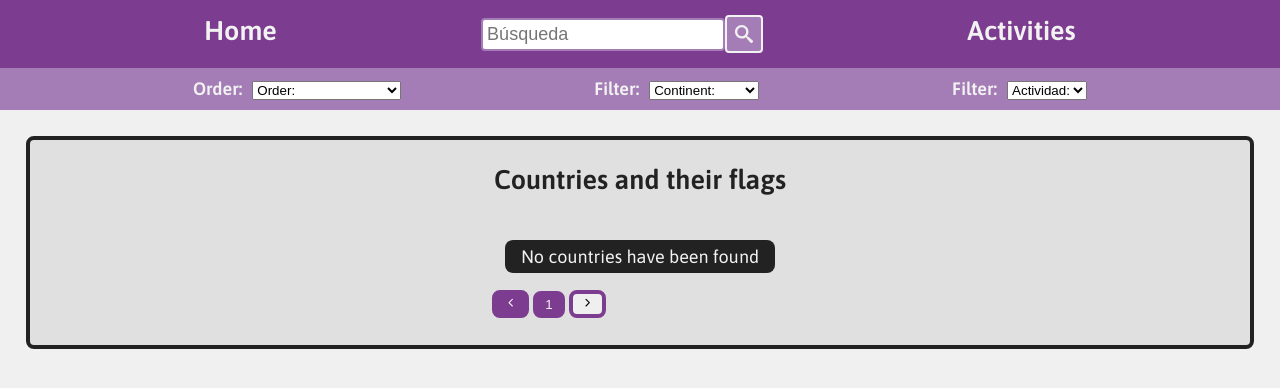
Repository: PCGP22/PI-Countries
Page: /countries/countries (app in cr-pi-countries-main/client/)
These files come from the project's save history. The page is drawn as it stood at one moment and after the next save; the edit follows.
The browser window is 1280 px wide. The pictures show the whole page.
The page's requests for data from a server got no answer. The project was rebuilt for these pictures with package versions that can differ from the ones it lists, and the page was loaded fresh each time. No one was signed in, and anything a server would have sent is missing. Also part of the build but not shown: cr-pi-countries-main/client/vite.config.js, cr-pi-countries-main/client/src/styles/LandingPage.modules.css, cr-pi-countries-main/client/src/components/LandingPage.jsx, cr-pi-countries-main/client/src/styles/Detail.modules.css, cr-pi-countries-main/client/src/components/Detail.jsx, cr-pi-countries-main/client/src/components/ActividadesPage.css, cr-pi-countries-main/client/src/components/ActivityPage.jsx.

Above is the page before, as saved 2023-08-07 22:26:41.

After the next save:
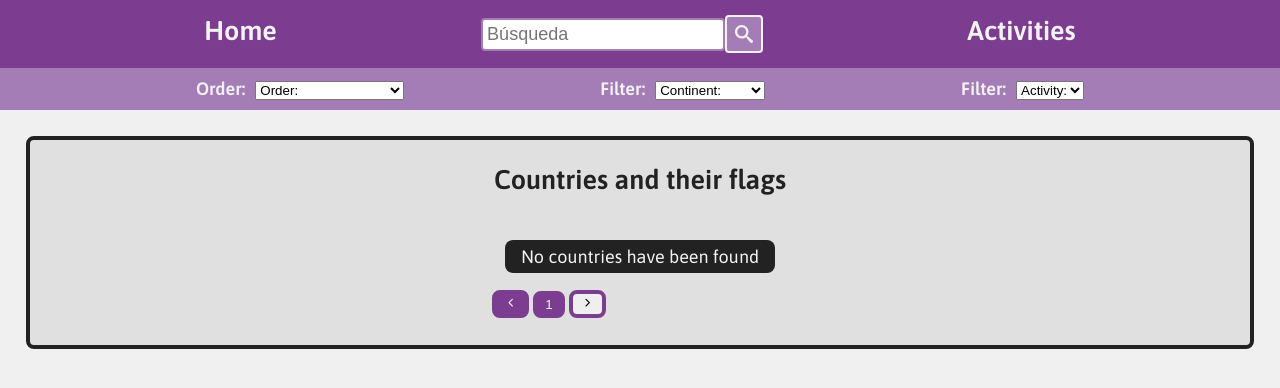
Saved 13 s later.
--- a/cr-pi-countries-main/client/src/components/Filter.jsx
+++ b/cr-pi-countries-main/client/src/components/Filter.jsx
@@ -58,7 +58,7 @@ function Filter(props) {
         <div className="filters__group">
             <label htmlFor='filterActivity' className='label'>Filter:</label>
             <select onChange={handleFilterActivities} name='filterActivity'>
-                <option defaultValue={true} value= "ignore">Actividad:</option>
+                <option defaultValue={true} value= "ignore">Activity:</option>
                 <option value={"all"}>All</option>
                 {activities && activities.map(a => {
                     return(
